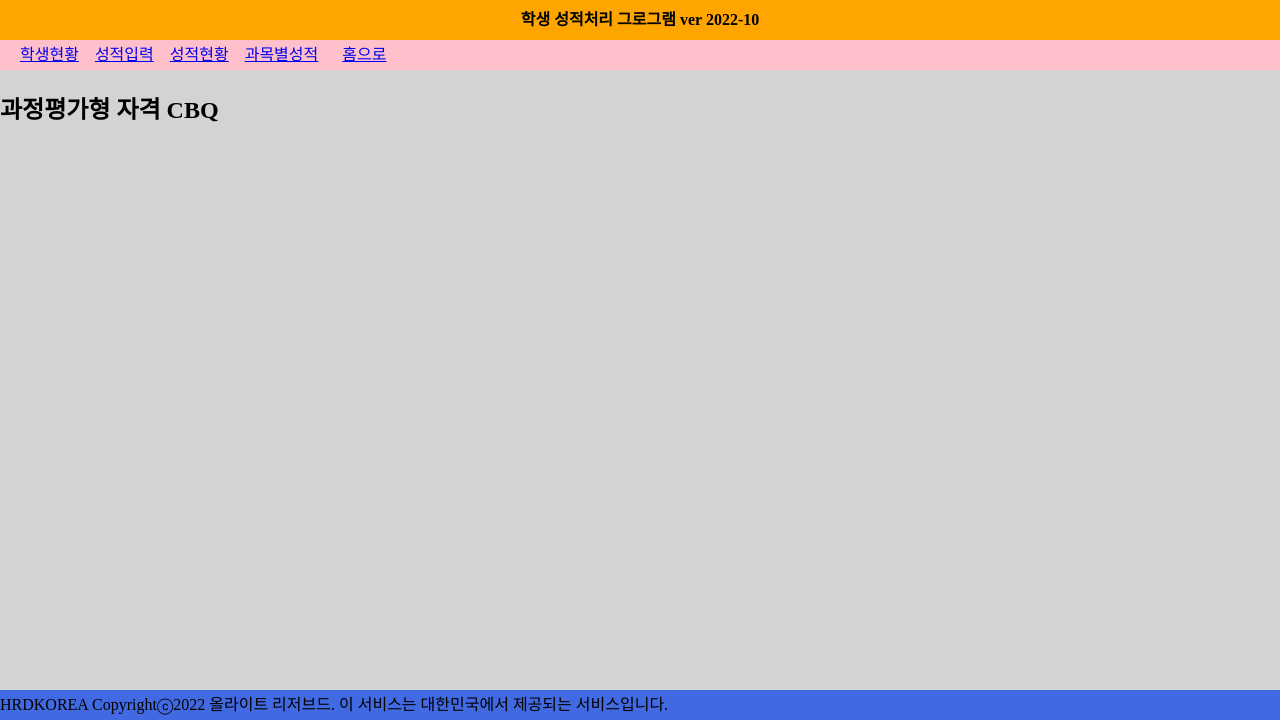
Repository: GotChun/license_practice
Page: http://localhost/HRD_0525/
An editor plug-in stored every save of this project. The page is shown before and after the next save, followed by the edit.
The browser window is 1280 px wide. The pictures show the whole page.
The page is served by Tomcat 9.

Above is the page before, as saved 2025-02-22 07:36:32.

After the next save:
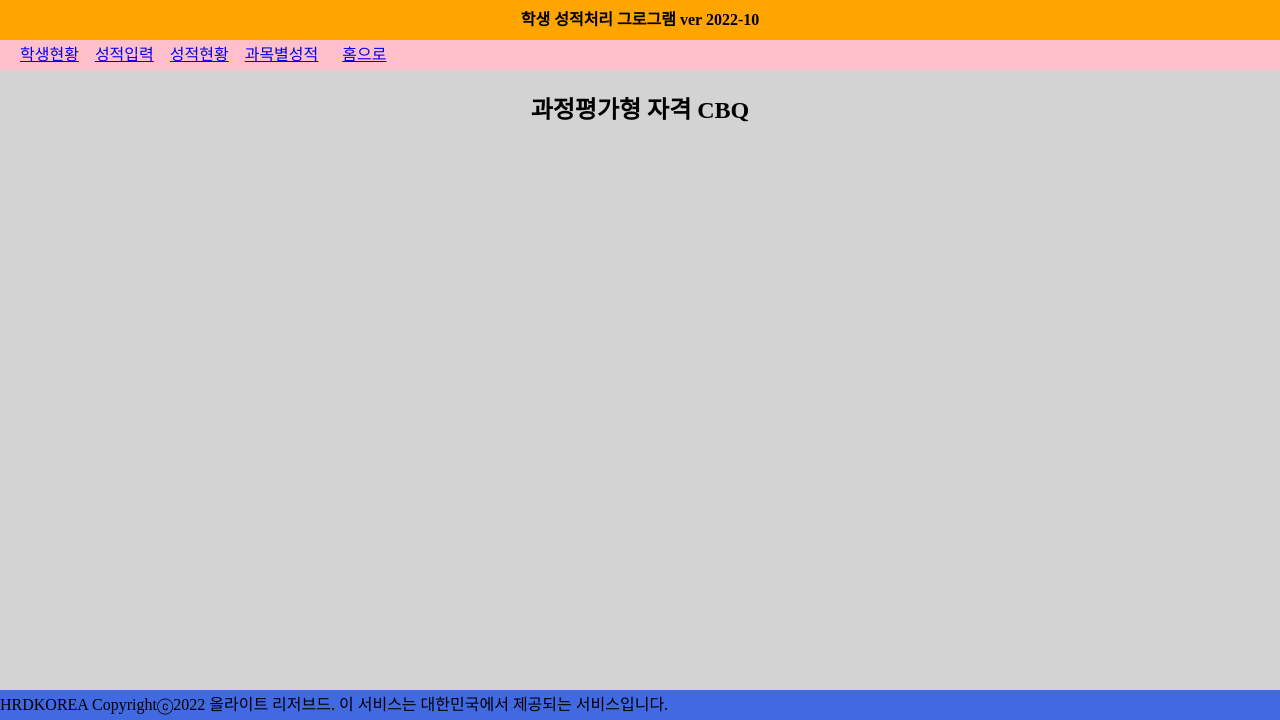
Saved 24 s later.
--- a/HRD_0525/src/main/webapp/index.jsp
+++ b/HRD_0525/src/main/webapp/index.jsp
@@ -11,7 +11,7 @@
 <jsp:include page="header.jsp"></jsp:include>
 
 <section style="position:fixed; top:70px; left:0px; width:100%; height:100%; background-color:lightgray;">
-<h2> 과정평가형 자격 CBQ</h2>
+<h2 style="text-align:center;"> 과정평가형 자격 CBQ</h2>
 </section>
 
 <jsp:include page="footer.jsp"></jsp:include>
